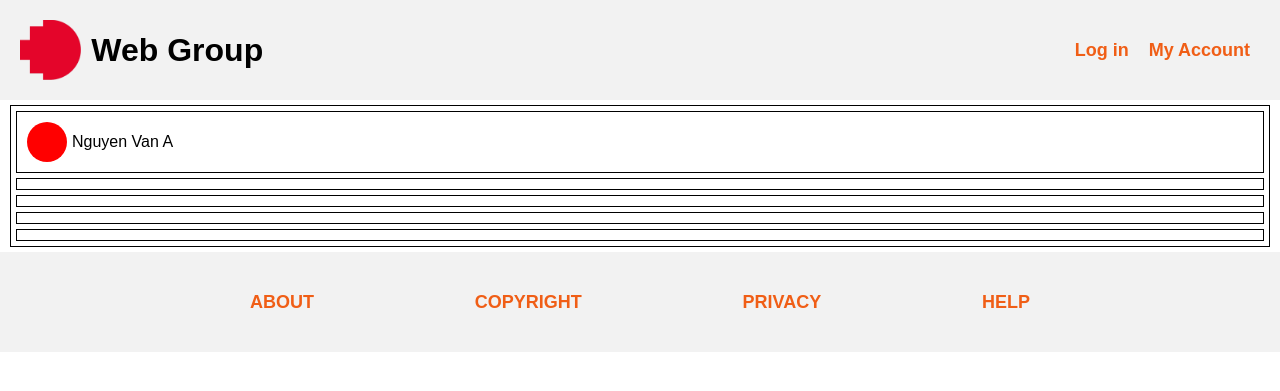
Repository: quynguyn/shoopingweb
Page: shipper.html
These files come from the project's save history. The page is drawn as it stood at one moment and after the next save; the edit follows.
The browser window is 1280 px wide. The pictures show the whole page.

Above is the page before, as saved 2023-05-04 14:58:13.

After the next save:
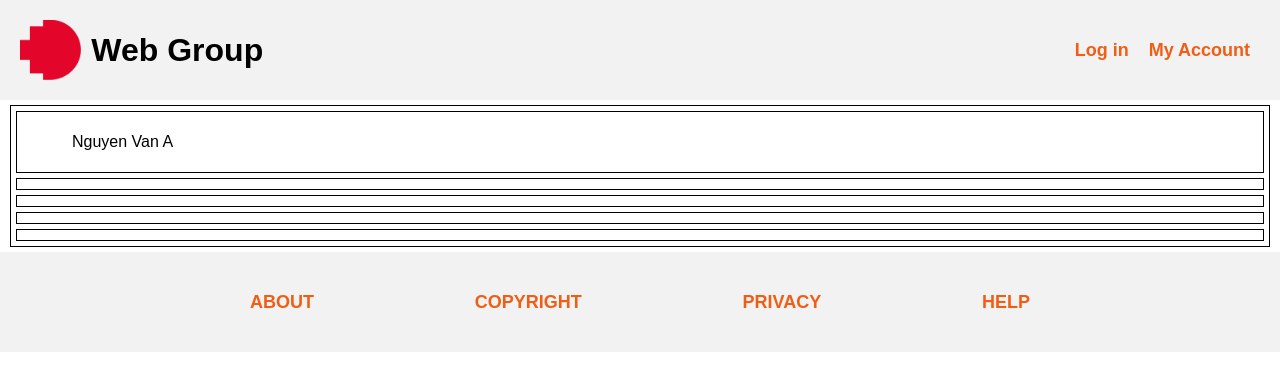
Saved 4 s later.
--- a/shipper.html
+++ b/shipper.html
@@ -29,9 +29,9 @@
 			<div class="order">
 				<div class="activity">
 					<circle cx="25" cy="25" r="20" fill="red" />
-					<svg height="50" width="50">
+					<!-- <svg height="50" width="50">
 						<circle cx="25" cy="25" r="20" fill="red" />
-					</svg>
+					</svg> -->
 				</div>
 
 				<div class="information-container">

After the 2 saves that followed:
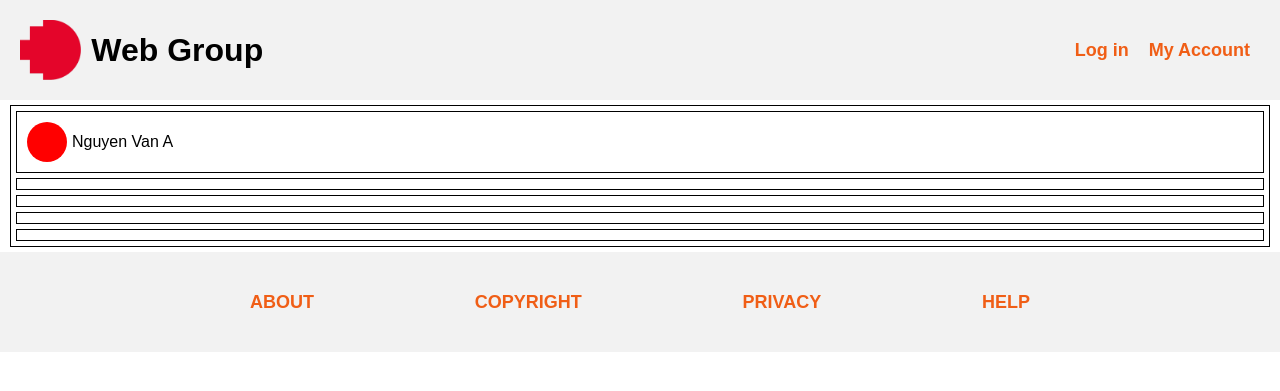
The 2 saves are shown as one change because they came seconds apart.
The last was saved 6 s later.
--- a/shipper.html
+++ b/shipper.html
@@ -28,10 +28,9 @@
 		<div class="orders-container">
 			<div class="order">
 				<div class="activity">
-					<circle cx="25" cy="25" r="20" fill="red" />
-					<!-- <svg height="50" width="50">
+					<svg height="50" width="50">
 						<circle cx="25" cy="25" r="20" fill="red" />
-					</svg> -->
+					</svg>
 				</div>
 
 				<div class="information-container">
